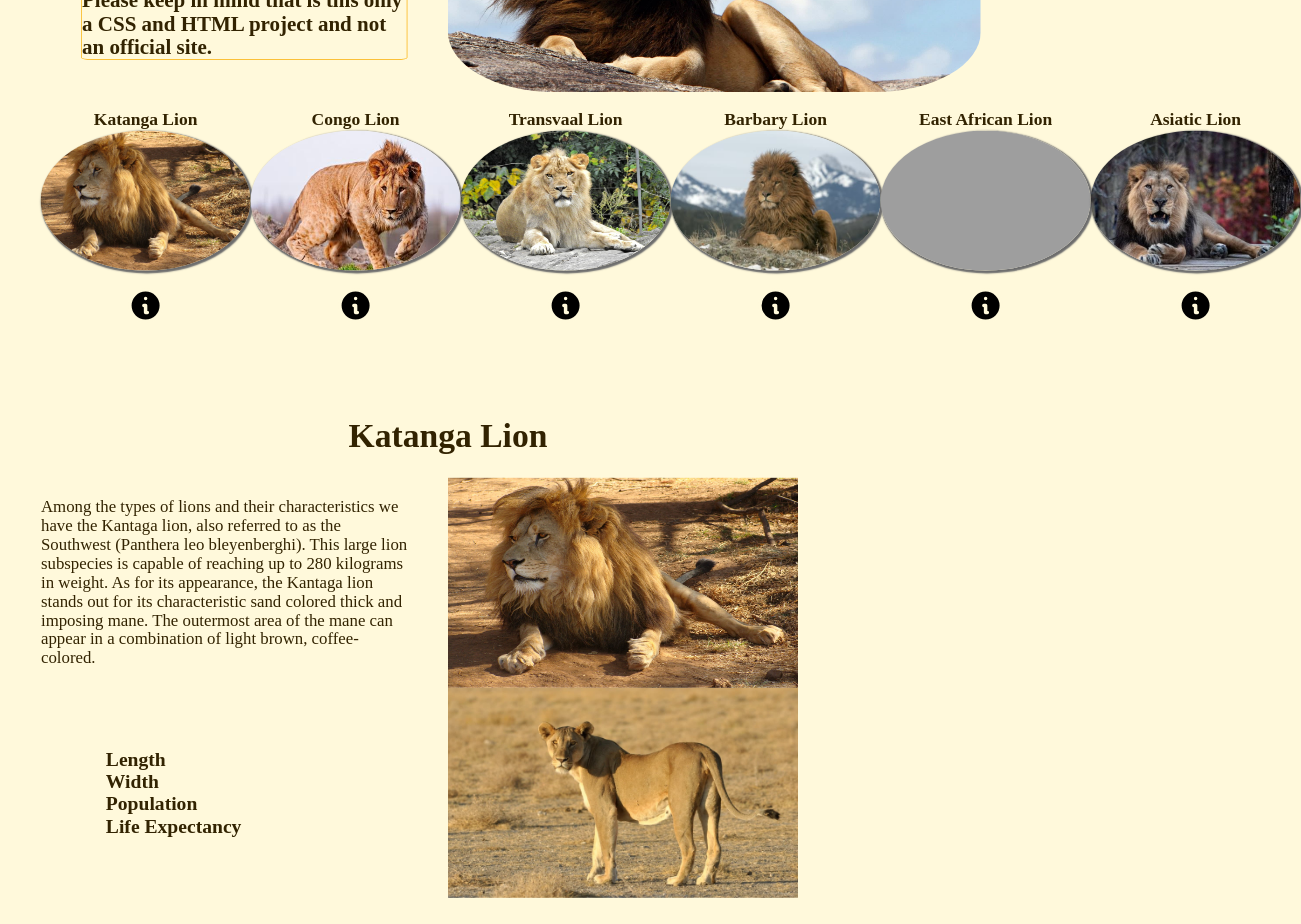
Repository: GeorgeManias/lions_project
Page: index.html
The author's editor kept a copy of each file at every save. The page is drawn from the files as they stood at one save, then again after the next save.
The browser window is 1280 px wide. The page is 1858 px wide, so the pictures cover 1858 px, including what lies to the right of the window. The pictures show the part of the page from y = 522 to 1842 px (the page is 1842 px tall), at 70% of full size.
Pictures or frames that could not be fetched are drawn as grey boxes. Some web fonts or font styles are not loaded; a fallback is used.

Above is the page before, as saved 2021-11-05 20:42:19.

### index.html
<!DOCTYPE html>
<html lang="en">
  <head>
    <link rel="stylesheet" href="index.css" />
    <link
      href="https://fonts.googleapis.com/css2?family=Roboto:ital@1&display=swap"
      rel="stylesheet"
    />
    <link rel="preconnect" href="https://fonts.googleapis.com" />
    <link rel="preconnect" href="https://fonts.gstatic.com" crossorigin />
    <link
      href="https://fonts.googleapis.com/css2?family=Fruktur&family=Roboto:ital,wght@1,100;1,300&display=swap"
      rel="stylesheet"
    />
    <title>King of the Jungle</title>
  </head>
  <div class="container">
    <!--This will be the container fro the main_page-->
    <!--Start of Hero Area ---------------------------------------------------------------------------------------------------------------------------------------->
    <body>
      <header class="header_top">
        <h1>King of the Jungle🌴</h1>
      </header>
      <!--Class above will support the grid between header and main photo-->
      <div class="hero_section">
        <div class="headers_and_mainphoto">
          <header>
            <!--This area will be for the upper body part-->
            <h1 class="main_header">
              This web-page will provide a general view about species of lions
              all over the planet🌎
            </h1>
            <h2 class="project_header">
              Please keep in mind that is this only a CSS and HTML project and
              not an official site.
            </h2>
          </header>
          <img
            src="pictures/main_lion.jpg"
            alt="main_lion_photo"
            class="main_photo"
          />
        </div>

        <!--Multiple Pictures Grid Start----------------------------------------------------------------------------------------------->
        <div class="grid_with_6_pictures">
          <!--Katanga_Lion_Start-->
          <h3 id="katanga_title_cord" class="titles_6">Katanga Lion</h3>
          <img
            src="pictures/katanga_lion.jpg"
            alt="katanga_lion"
            id="katanga_img_cord"
            class="img_6"
          />
          <svg
            href="#"
            class="info_svg"
            xmlns="http://www.w3.org/2000/svg"
            width="100"
            height="100"
            viewBox="0 0 24 24"
          >
            <a href="https://www.google.co.uk/" target="_top" class="svg_link">
              <path
                stroke-linecap="round"
                stroke-linejoin="round"
                stroke-width="2"
                d="M13 16h-1v-4h-1m1-4h.01M21 12a9 9 0 11-18 0 9 9 0 0118 0z"
              />
            </a>
          </svg>
          <!--Katanga_Lion_End-->

          <!--Congo_Lion_Start-->
          <h3 id="congo_title_cord" class="titles_6">Congo Lion</h3>
          <img
            src="pictures/congo_lion.jpg"
            alt="congo_lion"
            id="congo_img_cord"
            class="img_6"
          />
          <svg
            class="info_svg"
            id="congo_info_cord"
            xmlns="http://www.w3.org/2000/svg"
            width="100"
            height="100"
            viewBox="0 0 24 24"
          >
            <a href="https://www.google.co.uk/" target="_top" class="svg_link">
              <path
                stroke-linecap="round"
                stroke-linejoin="round"
                stroke-width="2"
                d="M13 16h-1v-4h-1m1-4h.01M21 12a9 9 0 11-18 0 9 9 0 0118 0z"
              />
            </a>
          </svg>
          <!--Congo_Lion_End-->

          <!--Transvaal_Lion_Start-->
          <h3 id="Transvaal_title_cord" class="titles_6">Transvaal Lion</h3>
          <img
            src="pictures/Transvaal_lion.jpg"
            alt="Transvaal_lion"
            id="Transvaal_img_cord"
            class="img_6"
          />
          <svg
            class="info_svg"
            id="Transvaal_info_cord"
            xmlns="http://www.w3.org/2000/svg"
            width="100"
            height="100"
            viewBox="0 0 24 24"
          >
            <a href="https://www.google.co.uk/" target="_top" class="svg_link">
              <path
                stroke-linecap="round"
                stroke-linejoin="round"
                stroke-width="2"
                d="M13 16h-1v-4h-1m1-4h.01M21 12a9 9 0 11-18 0 9 9 0 0118 0z"
              />
            </a>
          </svg>
          <!--Transvaal_Lion_End-->

          <!--barbary_Lion_Start-->
          <h3 id="barbary_title_cord" class="titles_6">Barbary Lion</h3>
          <img
            src="pictures/barbary_lion.jpg"
            alt="barbary_lion"
            id="barbary_img_cord"
            class="img_6"
          />
          <svg
            class="info_svg"
            id="barbary_info_cord"
            xmlns="http://www.w3.org/2000/svg"
            width="100"
            height="100"
            viewBox="0 0 24 24"
          >
            <a href="https://www.google.co.uk/" target="_top" class="svg_link">
              <path
                stroke-linecap="round"
                stroke-linejoin="round"
                stroke-width="2"
                d="M13 16h-1v-4h-1m1-4h.01M21 12a9 9 0 11-18 0 9 9 0 0118 0z"
              />
            </a>
          </svg>
          <!--barbary_Lion_End-->

          <!--east_african_Lion_Start-->
          <h3 id="east_african_title_cord" class="titles_6">
            East African Lion
          </h3>
          <img
            src="pictures/east_african.jpg"
            alt="east_african_lion"
            id="east_african_img_cord"
            class="img_6"
          />
          <svg
            class="info_svg"
            id="east_african_info_cord"
            xmlns="http://www.w3.org/2000/svg"
            width="100"
            height="100"
            viewBox="0 0 24 24"
          >
            <a href="https://www.google.co.uk/" target="_top" class="svg_link">
              <path
                stroke-linecap="round"
                stroke-linejoin="round"
                stroke-width="2"
                d="M13 16h-1v-4h-1m1-4h.01M21 12a9 9 0 11-18 0 9 9 0 0118 0z"
              />
            </a>
          </svg>
          <!--east_african_Lion_End-->

          <!--asiatic_Lion_Start-->
          <h3 id="asiatic_title_cord" class="titles_6">Asiatic Lion</h3>
          <img
            src="pictures/asiatic_lion.jpg"
            alt="asiatic_lion"
            id="asiatic_img_cord"
            class="img_6"
          />
          <svg
            class="info_svg"
            id="asiatic_info_cord"
            xmlns="http://www.w3.org/2000/svg"
            width="100"
            height="100"
            viewBox="0 0 24 24"
          >
            <a href="https://www.google.co.uk/" target="_top" class="svg_link">
              <path
                stroke-linecap="round"
                stroke-linejoin="round"
                stroke-width="2"
                d="M13 16h-1v-4h-1m1-4h.01M21 12a9 9 0 11-18 0 9 9 0 0118 0z"
              />
            </a>
          </svg>
          <!--Multiple Pictures Grid End----------------------------------------------------------------------------------------------->
        </div>
      </div>
      <!--End of Hero Area ---------------------------------------------------------------------------------------------------------------------------------------->

      <!------------Analitikh 1/6 Arxh Katanga------------------------------------------------------------------------------------------------------------------------->
      <div class= "analysis_grid">
          <h1 class="analysis_h1">Katanga Lion</h1>
          <p class="analysis_p">Among the types of lions and their characteristics we have the Kantaga lion, also referred to as the Southwest (Panthera leo bleyenberghi). This large lion subspecies is capable of reaching up to 280 kilograms in weight.

            As for its appearance, the Kantaga lion stands out for its characteristic sand colored thick and imposing mane. The outermost area of the mane can appear in a combination of light brown, coffee-colored.</p>
          <ul class="analysis_list">
            <li>Length</li>
            <li>Width</li>
            <li>Population</li>
            <li>Life Expectancy</li>
          </ul>

          <img src="pictures/katanga_lion_female.jpg" alt="katanga_lion_female" class="analysis_female_lion">
          <img src="pictures/katanga_lion.jpg" alt="katanga_lion" class="analysis_male_lion">

      </div>
      <!------------Analitikh 1/6 Telos Katanga------------------------------------------------------------------------------------------------------------------------>
    </body>
    </body>
  </div>
</html>






<!--1
  Katanga lion
  Congo Lion
  Transvaal lion
  East African lion
  Asiatic lion
  West African lion

-->

### index.css
/*

--- 01 TYPOGRAPHY SYSTEM

- Font sizes (px)
10 / 12 / 14 / 16 / 18 / 20 / 24 / 30 / 36 / 44 / 52 / 62 / 74 / 86 / 98

- Font weights
Default: 400
Medium: 500
Semi-bold: 600
Bold: 700

- Line heights
Default: 1
Small: 1.05
Medium: 1.2
Paragraph default: 1.6

- Letter spacing
-0.5px
0.75px

--- 02 COLORS

- Primary: ##fab005
- Tints:
#fff9db
#322301

- Shades:


#f0ede6


- Accents:
- Greys

#888
#767676 (lightest grey allowed on #fff)
#6f6f6f (lightest grey allowed on #fdf2e9)
#555
#333

--- 05 SHADOWS

0 2.4rem 4.8rem rgba(0, 0, 0, 0.075);

--- 06 BORDER-RADIUS

Default: 9px
Medium: 11px

--- 07 WHITESPACE

- Spacing system (px)
2 / 4 / 8 / 12 / 16 / 24 / 32 / 48 / 64 / 80 / 96 / 128
*/

html {
  /*εδώ βάζω το 10 με σκοπο το αλλο να έχει ευκολο πολαπλασσιο του rem*/
  font-size: 10px;
  margin-left: 0%;
  margin-right: 0%;
  color: #322301;
}

body {
  background-color: #fff9db;
  margin-bottom: 3%;
}

.header_top {
  font-family: "Fruktur", cursive;
  text-align: center;
  font-size: 2.5rem;
  margin-bottom: 0;
}

.hero_section {
  padding-left: 5rem;
  padding-right: 5rem;
}

header {
  margin-left: 10%;
  margin-right: 10%;
}

.main_header {
  font-size: 5.2rem;
  margin-bottom: 0;
}

.project_header {
  font-size: 3rem;
  border: 0.1rem solid #fab005;
  border-radius: 3%;
}

.headers_and_mainphoto {
  /*Αυτο το πεδίο αναφέρεται στο grid*/
  display: grid;
  grid-template-columns: 50% 50%;
  align-items: center;
}

.grid_with_6_pictures {
  display: grid;
  grid-template-columns: 1fr 1fr 1fr 1fr 1fr 1fr;
  grid-template-rows: auto auto auto;
  justify-items: center;
  align-items: flex-end;
}

.main_photo {
  width: 761px;
  margin-top: 100px;
  border-radius: 20%;
}

.img_6 {
  width: 300px;
  height: 200px;
  border-radius: 50%;
  box-shadow: 2px 2px 2px 2px rgb(109, 109, 109);
}

.titles_6 {
  font-size: 2.5rem;
  margin-bottom: 0.8%;
}

.info_svg {
  width: 20%;
  stroke: #fff9db;
  border-radius: 0;
  padding-top: 0%;
}

.svg_link:link {
  width: 20%;
  stroke: #fff9db;
  border-radius: 0;
  padding-top: 0%;
}

.svg_link:visited {
  width: 20%;
  stroke: #fff9db;
  border-radius: 0;
  padding-top: 0%;
}

.svg_link:hover {
  width: 20%;
  stroke: #fab005;
  border-radius: 0;
  padding-top: 0%;
  transition: all 1s;
}
/*//////////////////////////////////////////////////////////////////////////////////////////////////////////////////////////////////////////////////////////////////*/
/*Katanga Lion Cord Start*/
#katanga_title_cord {
  grid-column: 1/2;
  grid-row: 1/2;
}
#katanga_img_cord {
  grid-column: 1/2;
  grid-row: 2/3;
}

#katanga_info_cord {
  grid-column: 1/2;
  grid-row: 3/4;
}
/*Katanga Lion Cord End*/

/*Congo Lion Cord Start*/
#congo_title_cord {
  grid-column: 2/3;
  grid-row: 1/2;
}
#congo_img_cord {
  grid-column: 2/3;
  grid-row: 2/3;
}

#congo_info_cord {
  grid-column: 2/3;
  grid-row: 3/4;
}
/*Congo Lion Cord End*/

/*Transvaal Lion Cord Start*/
#Transvaal_title_cord {
  grid-column: 3/4;
  grid-row: 1/2;
}
#Transvaal_img_cord {
  grid-column: 3/4;
  grid-row: 2/3;
}

#Transvaal_info_cord {
  grid-column: 3/4;
  grid-row: 3/4;
}
/*Transvaal Lion Cord End*/

/*Congo Lion Cord End*/

/*barbary Lion Cord Start*/
#barbary_title_cord {
  grid-column: 4/5;
  grid-row: 1/2;
}
#barbary_img_cord {
  grid-column: 4/5;
  grid-row: 2/3;
}

#barbary_info_cord {
  grid-column: 4/5;
  grid-row: 3/4;
}
/*barbary Lion Cord End*/

/*east_african Lion Cord Start*/
#east_african_title_cord {
  grid-column: 5/6;
  grid-row: 1/2;
}
#east_african_img_cord {
  grid-column: 5/6;
  grid-row: 2/3;
}

#east_african_info_cord {
  grid-column: 5/6;
  grid-row: 3/4;
}
/*east_african Lion Cord End*/

/*asiatic Lion Cord Start*/
#asiatic_title_cord {
  grid-column: 6/7;
  grid-row: 1/2;
}
#asiatic_img_cord {
  grid-column: 6/7;
  grid-row: 2/3;
}

#asiatic_info_cord {
  grid-column: 6/7;
  grid-row: 3/4;
}
/*asiatic Lion Cord End*/
/*//////////////////////////////////////////////////////////////////////////////////////////////////////////////////////////////////////////////////////////////////*/

/*////////////////////////////////////////////////////////////////////////////////////////////////////////////////////////////////////////////////////////////////////
Katanga Analysis 1/6 Arxh
////////////////////////////////////////////////////////////////////////////////////////////////////////////////////////////////////////////////////////////////////*/
.analysis_grid {
  display: grid;
  grid-template-columns: 1fr 1fr;
  grid-template-rows: auto auto auto;
  margin-top: 6%;
}

.analysis_h1 {
  font-size: 4.8rem;
  text-align: center;
  color: #322301;
}

.analysis_p {
  font-size: 2.4rem;
  padding-left: 8%;
  padding-right: 8%;
  align-self: center;
}

.analysis_list {
  font-size: 2.8rem;
  padding-left: 8rem;
  font-weight: 700;
  color: #322301;
  margin-left: 10%;
  list-style-type: none;
  align-self: center;
}

.analysis_male_lion {
  width: 500px;
  height: 300px;
  align-self: center;
}
.analysis_female_lion {
  width: 500px;
  height: 300px;
  align-self: center;
}
/*Katanga Analysis stixisi Arxh///////////////////////////////////////////////*/
.analysis_h1 {
  grid-column: 1/-1;
}

.analysis_p {
  grid-row: 2/3;
  grid-column: 1/2;
}

.analysis_list {
  grid-row: 3/4;
  grid-column: 1/2;
}

.analysis_male_lion {
  grid-row: 2/3;
  grid-column: 2/3;
}
.analysis_female_lion {
  grid-row: 3/4;
  grid-column: 2/3;
}

/*Katanga Analysis stixisi Telos///////////////////////////////////////////////*/

After the next save:
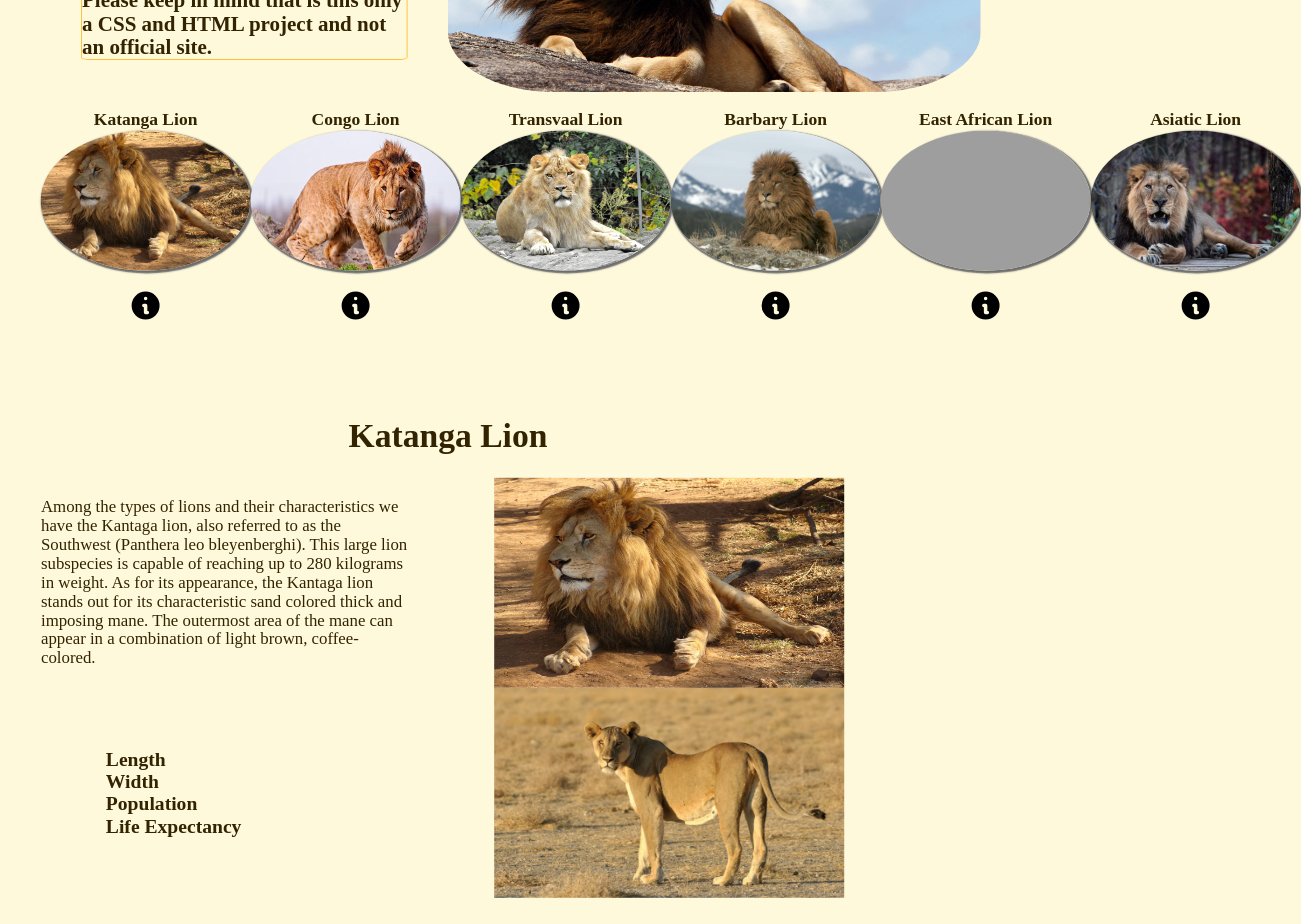
Saved 26 s later.
--- a/index.css
+++ b/index.css
@@ -297,11 +297,13 @@ Katanga Analysis 1/6 Arxh
   width: 500px;
   height: 300px;
   align-self: center;
+  justify-self: center;
 }
 .analysis_female_lion {
   width: 500px;
   height: 300px;
   align-self: center;
+  justify-self: center;
 }
 /*Katanga Analysis stixisi Arxh///////////////////////////////////////////////*/
 .analysis_h1 {
